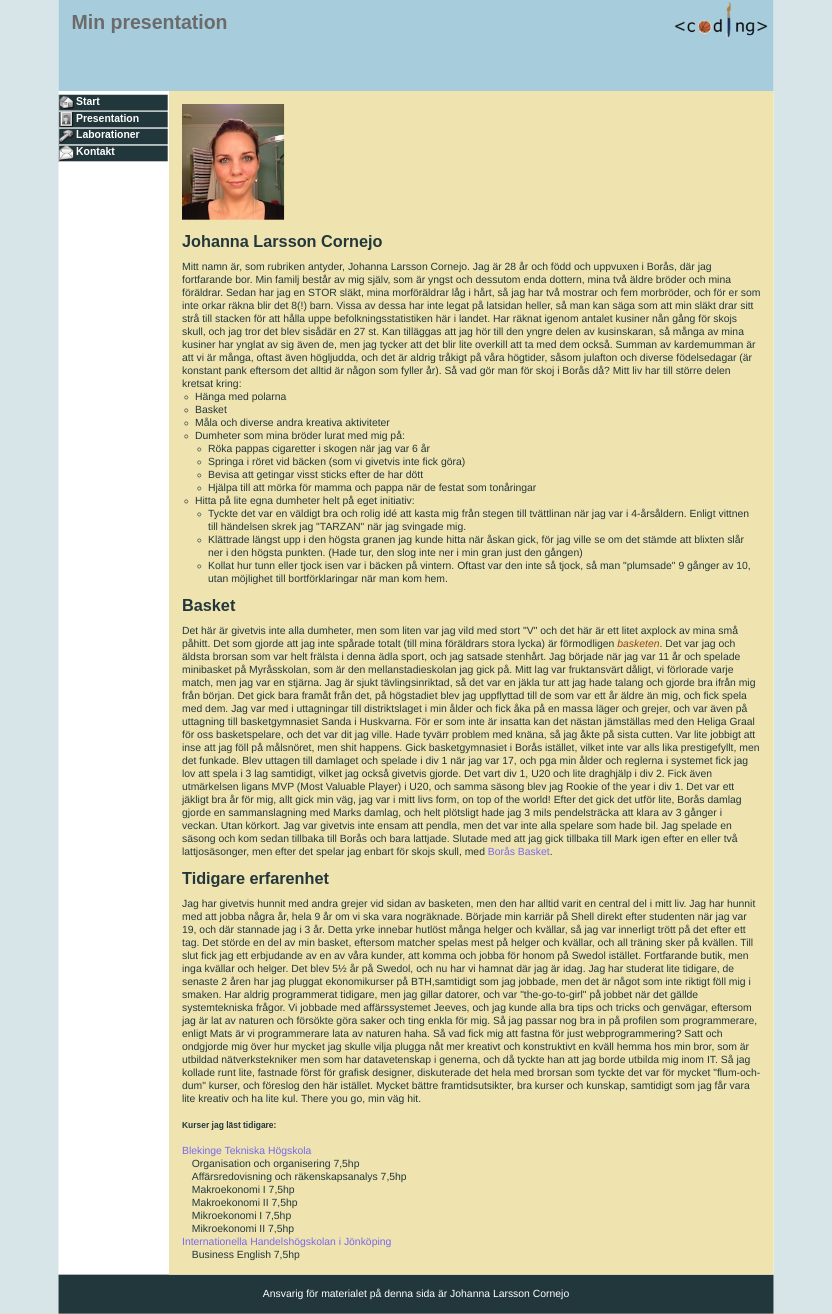
Repository: jc222fi/1ik415-laborationer
Page: pages/presentation.html
The author's editor kept a record of every edit. The page is drawn from the files as they stood at one moment, then again after the next edit.
The browser window is 1280 px wide. The pictures show the whole page, at 65% of full size.

Above is the page before.

### pages/presentation.html
<!doctype html>
<html>
    <head>
        <meta charset="utf-8" />
        <meta name="viewport" content="width=device-width, initial-scale=1.0" />
        <title>Presentation</title>
        <!-- Screen > 480px -->
        <link rel="stylesheet" media="screen and (min-width: 481px)" href="../css/style.css" />
        <!-- Smartphones <= 480px -->
        <link rel="stylesheet" media="only screen and (max-width: 480px)" href="../css/smartphone.css" />
        <link rel="stylesheet" media="print" href="../css/print.css" />
    </head>
    <body>
    <div id="container">
        <div id="header">
            <header>
                <h1 id="presentation">Min presentation</h1>
            </header>
        </div>
        <div id="nav">
            <ul>
                <li><a href="../index.html" id="index">Start</a></li>
                <li><a href="#presentation" class="active" id="pres">Presentation</a></li>
                <li><a href="laborationer.html" id="lab">Laborationer</a></li>
                <li><a href="kontakt.html" id="kontakt">Kontakt</a></li>
            </ul>
        </div>
    <div id="content">
        <img id="jag.jpg" src="../pics/jag.jpg" alt="Bild på Johanna" />
        <!-- inledande presentation-->
        <h2>Johanna Larsson Cornejo</h2>
        <p>Mitt namn är, som rubriken antyder, Johanna Larsson Cornejo.
        Jag är 28 år och född och uppvuxen i Borås, där jag fortfarande bor.
        Min familj består av mig själv, som är yngst och dessutom enda dottern,
        mina två äldre bröder och mina föräldrar. Sedan har jag en STOR släkt,
        mina morföräldrar låg i hårt, så jag har två mostrar och fem morbröder,
        och för er som inte orkar räkna blir det 8(!) barn. Vissa av dessa har
        inte legat på latsidan heller, så man kan säga som att min släkt drar
        sitt strå till stacken för att hålla uppe befolkningsstatistiken här i
        landet. Har räknat igenom antalet kusiner nån gång för skojs skull, och
        jag tror det blev sisådär en 27 st. Kan tilläggas att jag hör till den
        yngre delen av kusinskaran, så många av mina kusiner har ynglat av sig
        även de, men jag tycker att det blir lite overkill att ta med dem också.
        Summan av kardemumman är att vi är många, oftast även högljudda, och det är
        aldrig tråkigt på våra högtider, såsom julafton och diverse födelsedagar
        (är konstant pank eftersom det alltid är någon som fyller år). Så vad
        gör man för skoj i Borås då? Mitt liv har till större delen kretsat kring:
        </p>
        <ul>
            <li>Hänga med polarna</li>
            <li>Basket</li>
            <li>Måla och diverse andra kreativa aktiviteter</li>
            <li>Dumheter som mina bröder lurat med mig på:
                <ul>
                    <li>Röka pappas cigaretter i skogen när jag var 6 år</li>
                    <li>Springa i röret vid bäcken (som vi givetvis inte fick göra)</li>
                    <li>Bevisa att getingar visst sticks efter de har dött</li>
                    <li>Hjälpa till att mörka för mamma och pappa när de festat
                    som tonåringar</li>
                </ul>
            </li>
            <li>Hitta på lite egna dumheter helt på eget initiativ:
                <ul><li>Tyckte det var en väldigt bra och rolig idé att kasta mig
                    från stegen till tvättlinan när jag var i 4-årsåldern. Enligt
                    vittnen till händelsen skrek jag "TARZAN" när jag svingade mig.</li>
                    <li>Klättrade längst upp i den högsta granen jag kunde hitta när
                        åskan gick, för jag ville se om det stämde att blixten
                        slår ner i den högsta punkten. (Hade tur, den slog inte
                        ner i min gran just den gången)</li>
                    <li>Kollat hur tunn eller tjock isen var i bäcken på vintern.
                        Oftast var den inte så tjock, så man "plumsade" 9 gånger
                        av 10, utan möjlighet till bortförklaringar när man kom hem.</li>
                </ul>
            </li>
        </ul>
        <!-- mitt absolut största intresse-->
        <h2>Basket</h2>
        <p>Det här är givetvis inte alla dumheter, men som liten var jag vild med stort "V"
        och det här är ett litet axplock av mina små påhitt. Det som gjorde att jag inte spårade
        totalt (till mina föräldrars stora lycka) är förmodligen <em id="strong">basketen</em>.
        Det var jag och äldsta brorsan som var helt frälsta i denna ädla sport,
        och jag satsade stenhårt. Jag började när jag var 11 år och spelade minibasket
        på Myråsskolan, som är den mellanstadieskolan jag gick på. Mitt lag var
        fruktansvärt dåligt, vi förlorade varje match, men jag var en stjärna.
        Jag är sjukt tävlingsinriktad, så det var en jäkla tur att jag hade talang
        och gjorde bra ifrån mig från början. Det gick bara framåt från det, på
        högstadiet blev jag uppflyttad till de som var ett år äldre än mig, och
        fick spela med dem. Jag var med i uttagningar till distriktslaget i min
        ålder och fick åka på en massa läger och grejer, och var även på uttagning
        till basketgymnasiet Sanda i Huskvarna. För er som inte är insatta kan
        det nästan jämställas med den Heliga Graal för oss basketspelare, och det
        var dit jag ville. Hade tyvärr problem med knäna, så jag åkte på sista cutten.
        Var lite jobbigt att inse att jag föll på målsnöret, men shit happens.
        Gick basketgymnasiet i Borås istället, vilket inte var alls lika prestigefyllt,
        men det funkade. Blev uttagen till damlaget och spelade i div 1 när jag var 17, och pga
        min ålder och reglerna i systemet fick jag lov att spela i 3 lag samtidigt, vilket jag
        också givetvis gjorde. Det vart div 1, U20 och lite draghjälp i div 2.
        Fick även utmärkelsen ligans MVP (Most Valuable Player) i U20, och
        samma säsong blev jag Rookie of the year i div 1. Det var ett jäkligt bra år för mig,
        allt gick min väg, jag var i mitt livs form, on top of the world! Efter det gick det
        utför lite, Borås damlag gjorde en sammanslagning med Marks damlag, och helt plötsligt
        hade jag 3 mils pendelsträcka att klara av 3 gånger i veckan. Utan körkort.
        Jag var givetvis inte ensam att pendla, men det var inte alla spelare som hade bil.
        Jag spelade en säsong och kom sedan tillbaka till Borås och bara lattjade.
        Slutade med att jag gick tillbaka till Mark igen efter en eller två lattjosäsonger,
        men efter det spelar jag enbart för skojs skull, med <a href="http://borasbasket.se/">Borås Basket</a>.
        </p>

        <h2>Tidigare erfarenhet</h2>
        <p>Jag har givetvis hunnit med andra grejer vid sidan av basketen, men den har alltid
        varit en central del i mitt liv. Jag har hunnit med att jobba några år, hela 9 år
        om vi ska vara nogräknade. Började min karriär på Shell direkt efter studenten när jag
        var 19, och där stannade jag i 3 år. Detta yrke innebar hutlöst många helger och kvällar,
        så jag var innerligt trött på det efter ett tag. Det störde en del av min basket,
        eftersom matcher spelas mest på helger och kvällar, och all träning sker på kvällen.
        Till slut fick jag ett erbjudande av en av våra kunder, att komma och jobba för honom
        på Swedol istället. Fortfarande butik, men inga kvällar och helger. Det blev 5½ år på
        Swedol, och nu har vi hamnat där jag är idag. Jag har studerat lite tidigare, de senaste
        2 åren har jag pluggat ekonomikurser på BTH,samtidigt som jag jobbade, men det är något
        som inte riktigt föll mig i smaken. Har aldrig programmerat tidigare, men jag gillar
        datorer, och var "the-go-to-girl" på jobbet när det gällde systemtekniska frågor. Vi
        jobbade med affärssystemet Jeeves, och jag kunde alla bra tips och tricks och genvägar,
        eftersom jag är lat av naturen och försökte göra saker och ting enkla för mig. Så jag
        passar nog bra in på profilen som programmerare, enligt Mats är vi programmerare lata av
        naturen haha. Så vad fick mig att fastna för just webprogrammering? Satt och ondgjorde
        mig över hur mycket jag skulle vilja plugga nåt mer kreativt och konstruktivt en kväll
        hemma hos min bror, som är utbildad nätverkstekniker men som har datavetenskap i generna,
        och då tyckte han att jag borde utbilda mig inom IT. Så jag kollade runt lite, fastnade
        först för grafisk designer, diskuterade det hela med brorsan som tyckte det var för
        mycket "flum-och-dum" kurser, och föreslog den här istället. Mycket bättre framtidsutsikter,
        bra kurser och kunskap, samtidigt som jag får vara lite kreativ och ha lite kul.
        There you go, min väg hit.
        </p>
        <h4>Kurser jag läst tidigare: </h4>
        <dl>
                <dt><a href="http://www.bth.se/">Blekinge Tekniska Högskola</a></dt>
                    <dd>Organisation och organisering 7,5hp</dd>
                    <dd>Affärsredovisning och räkenskapsanalys 7,5hp</dd>
                    <dd>Makroekonomi I 7,5hp</dd>
                    <dd>Makroekonomi II 7,5hp</dd>
                    <dd>Mikroekonomi I 7,5hp</dd>
                    <dd>Mikroekonomi II 7,5hp</dd>
                <dt><a href="http://hj.se/jibs.html">Internationella Handelshögskolan i Jönköping</a></dt>
                    <dd>Business English 7,5hp</dd>
        </dl>
    </div>
        <div id="footer">
            <footer>
                <p>Ansvarig för materialet på denna sida är Johanna Larsson Cornejo</p>
            </footer>
        </div>
    </div>
    </body>
</html>

### css/style.css
/* http://meyerweb.com/eric/tools/css/reset/
   v2.0 | 20110126
   License: none (public domain)
*/

html, body, div, span, applet, object, iframe,
h1, h2, h3, h4, h5, h6, p, blockquote, pre,
a, abbr, acronym, address, big, cite, code,
del, dfn, em, img, ins, kbd, q, s, samp,
small, strike, strong, sub, sup, tt, var,
b, u, i, center,
dl, dt, dd, ol, ul, li,
fieldset, form, label, legend,
table, caption, tbody, tfoot, thead, tr, th, td,
article, aside, canvas, details, embed,
figure, figcaption, footer, header, hgroup,
menu, nav, output, ruby, section, summary,
time, mark, audio, video {
	margin: 0;
	padding: 0;
	border: 0;
	font-size: 100%;
	font: inherit;
	vertical-align: baseline;
}

/*Layout*/
#container{
	max-width:1100px;
	margin:0 auto;
}
#header{
	height:100px;
}
#nav{
	float:left;
	width:168px;
	margin-top:5px;
}
#content{
	float:right;
	width:890px;
}
#footer{
	clear:both;
	padding:20px;
}

/*
Background body:#D7E4E8
Background container: #FFFFFF
Background header: #A7CDDC
Background nav: #381B43
Background content: #EFE4B0
Background footer:#22373C
Text colour: #22373C
*/

body{
	background-color:#D7E4E8;

}
#container{
	background-color:#FFFFFF;
}
#header{
	background-color:#A7CDDC;
	color:#6B6B6B;
	background-image:url("pics/logo.png");
	background-position:right top;
	background-repeat:no-repeat;
	font-family:Arial, Gadget, sans-serif;
	font-size:30px;
	font-weight:bolder;
	padding:20px;
}
	#header img{
		float:right;
		}
	/*h1{
		color:#6B6B6B;
		font-family:Arial, Gadget, sans-serif;
		font-size:30px;
		font-weight:bolder;
		padding-bottom:20px;
	}*/
#nav{
	background-color:#22373C;
}
	#nav a{
		display:block;
		width:168px;
		height:24px;
		border:1px solid white;
		background-image:url(pics/sprite.png);
		background-repeat:no-repeat;
		text-indent:26px;
		color:white;
	}
	#index:link{background-position:0 -48px;text-decoration:none;}
	#index:hover{background-position:0 0;background-color:white;text-decoration:underline;color:black;}

	#pres:link{background-position:0 -240px;text-decoration:none;}
	#pres:hover{background-position:0 -192px;background-color:white;text-decoration:underline;color:black;}

	#lab:link{background-position:0 -144px;text-decoration:none;}
	#lab:hover{background-position:0 -96px;background-color:white;text-decoration:underline;color:black;}

	#kontakt:link{background-position:0 -336px;text-decoration:none;}
	#kontakt:hover{background-position:0 -288px;background-color:white;text-decoration:underline;color:black;}
	#nav li{
		font-family:Arial, Gadget, sans-serif;
		font-weight:bolder;
	}
		/*Länkar i menyn*/
		/*#nav a:link{background-color:#381B43; text-decoration:none;}
		#nav a:visited{background-color:#7F7F7F;text-decoration:none;}
		#nav a:focus{background-color:white;text-decoration:underline;color:black;}
		#nav a:hover{background-color:white;text-decoration:underline;color:black;}
		#nav a.active{background-color:#22373C;text-decoration:none;}
		#nav li{
		   font-family:Arial, Gadget, sans-serif;
			font-weight:bolder;
		}*/

#content{
	padding:20px;
	background-color:#EFE4B0;
	color:#22373C;
}
	/*Text och stil på mina rubriker*/
	h2, h3, h4, legend{
		font-family:Arial, Gadget, sans-serif;
		font-weight:bold;
		line-height:60px;
	}
		h2{
			font-size:25px;
		}
		h3, h4{
			font-size:small;
		}
	/*Mer övergripande text och stil*/
	#strong, p, li, table, dl, form{
		font-family:Helvetica, Verdana, sans-serif;
		line-height:20px;
	}
	p p{
		margin-top:50px;
	}
	img.right, video.right{
		float:right;
	}
	#strong{
		font-style:italic;
	}
	/*Överskrift och signatur på mina blogginlägg*/
	.post, p em{
		font-family:"Comic Sans MS", cursive, sans-serif;
	}
		/*Bild lånad från http://www.skolbilder.com/Malarbild-blaeckpenna-i19373.html som uttryckligen
		säger att samtliga bilder får användas i privat, edukativt, icke-kommersiellt syfte*/
		#content h2.post{
			background-image:url("pics/bleckpenna.png");
			background-position:left top;
			background-repeat:no-repeat;
			text-indent:50px;
		}
	/*Signatur på mina blogginlägg*/
	p em{
		font-style:italic;
		color:#8B4513;
	}
	/*Tabell*/
	table, th, td{
		border:1px solid #22373C;
		padding:3px;
	}
	thead, tfoot{
		font-family:Arial, Gadget, sans-serif;
		font-weight:bold;
		line-height:25px;
		text-align:center;
	}
		tr:nth-of-type(odd){
			background-color:#22373C;
			color:white;
		}
		tr:nth-of-type(even){
			background-color:white;
		}
	/*Övriga länkar som inte är del av menyn*/
	#content a:link{color:#7B68EE; text-decoration:none;}
	#content a:visited{color:#8B0000; text-decoration:none;}
	#content a:focus{color:#778899; text-decoration:underline;}
	#content a:hover{color:#778899; text-decoration:underline;}
	#content a:active{color:white; text-decoration:none;}
	/*Formulär*/
	fieldset{
		border:1px solid #22373C;
		padding:10px;
		width:600px;
	}
	legend{
		padding:2px;
	}
	.label{
   	display: inline-block;
   	width: 170px;
   	text-align: left;
   	margin-right: 10px;
	}
	/*Listor exklusive menyn*/
	#content ul li{
		margin-left:20px;
		list-style-type:circle;
	}
	#content dd{
		text-indent:15px;
	}
	#content .laborationer{
		list-style-type:none;
	}
	ol li{
		margin-left:15px;
		list-style-type:decimal;
	}

#footer{
	background-color:#22373C;
	color:#FFFFFF;
	text-align:center;
}


/* HTML5 display-role reset for older browsers */
article, aside, details, figcaption, figure,
footer, header, hgroup, menu, nav, section {
	display: block;
}
body {
	line-height: 1;
}
ol, ul {
	list-style: none;
}
blockquote, q {
	quotes: none;
}
blockquote:before, blockquote:after,
q:before, q:after {
	content: '';
	content: none;
}
table {
	border-collapse: collapse;
	border-spacing: 0;
}

### css/smartphone.css
}/*Layout*/
div{
    display:block;
}
#container{
   max-width:100%;
	width:1100px;
	margin:0 auto;
}
#header{
	height:100px;
}
#nav{
   float:left;
   max-width:18%;
   width:168px;
	margin-top:5px;
}
#content{
	float:right;
	max-width:80%;
	width:920px;
}
#footer{
	clear:both;
	max-width:96%;
	width:1100px;
	padding:20px;
}

Loaded but not shown: css/print.css (no copy from this time; the picture is the same without it)

After the next edit:
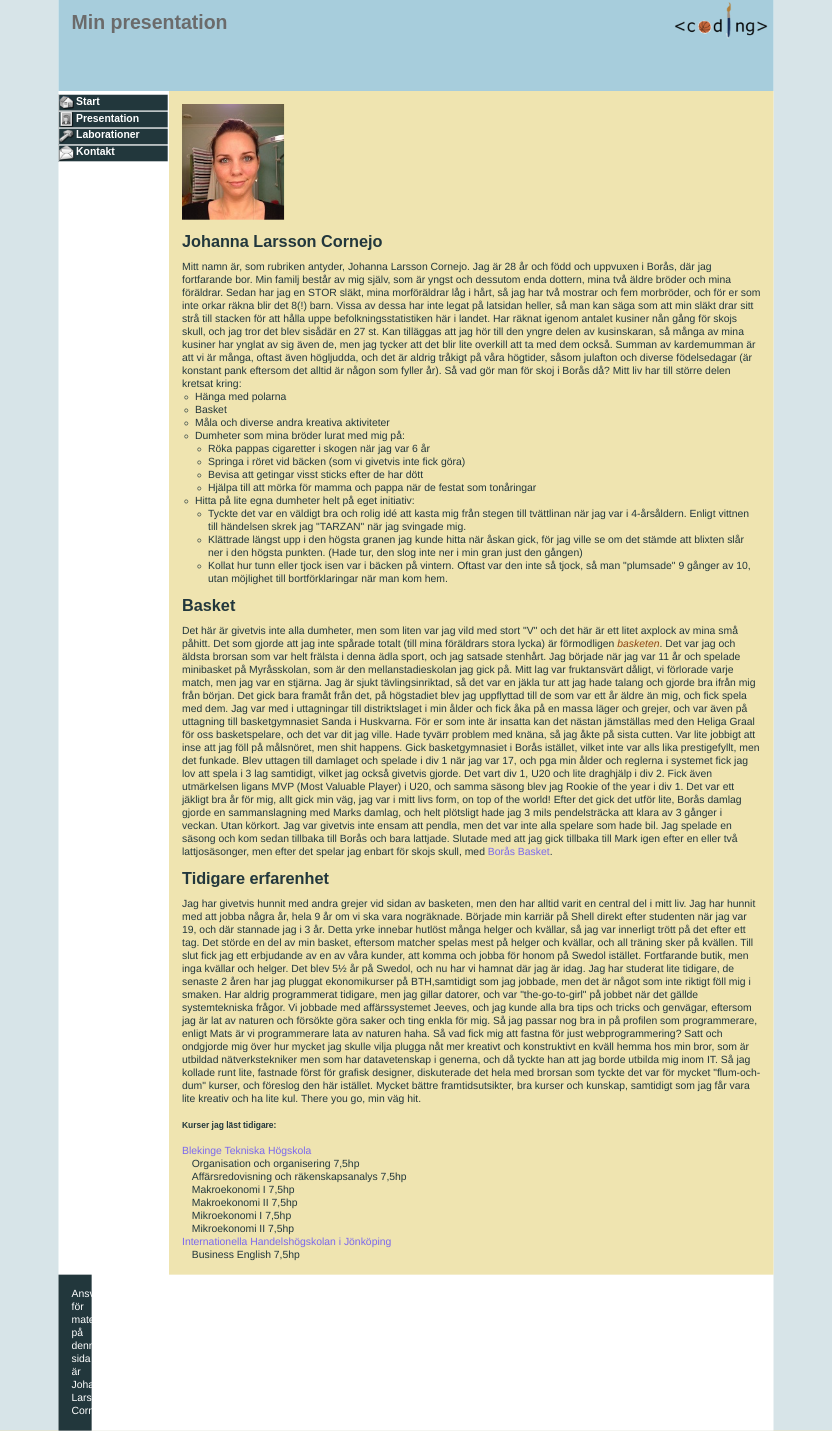
The edit:
--- a/css/style.css
+++ b/css/style.css
@@ -22,6 +22,31 @@
 	font-size: 100%;
 	font: inherit;
 	vertical-align: baseline;
+}/*Layout*/
+#container{
+   width:96%;
+	max-width:1100px;
+	margin:0 auto;
+}
+#header{
+	height:100px;
+}
+#nav{
+    float:left;
+    width:15%;
+	max-width:168px;
+	margin-top:5px;
+}
+#content{
+	float:right;
+	width:85%;
+	max-width:890px;
+}
+#footer{
+	clear:both;
+	width:1%;
+	max-width:1100px;
+	padding:20px;
 }
 
 /*Layout*/
